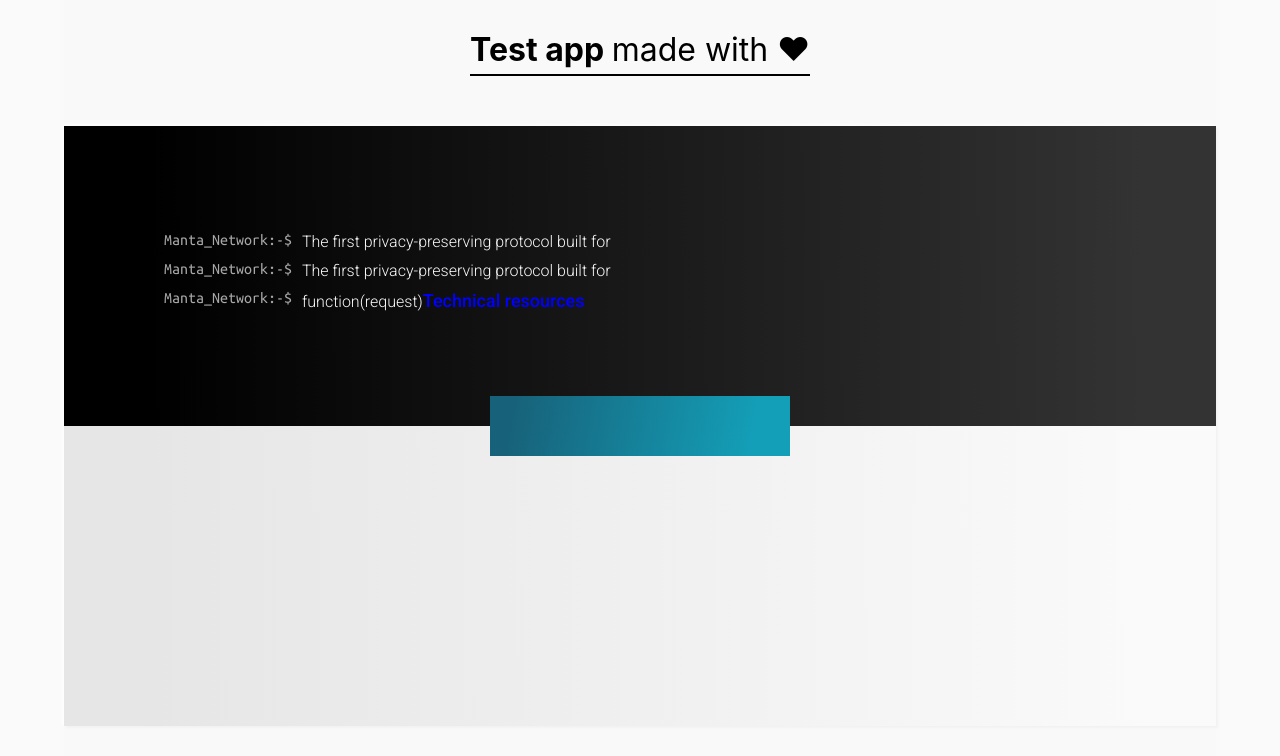
Repository: Khattak01/test-app
Page: /
An editor plug-in stored every save of this project. The page is shown before and after the next save, followed by the edit.
The browser window is 1280 px wide. The pictures show the whole page.
The project was rebuilt for these pictures with package versions that can differ from the ones it lists, and the page was loaded fresh each time.

Above is the page before, as saved 2021-05-12 08:22:42.

After the next save:
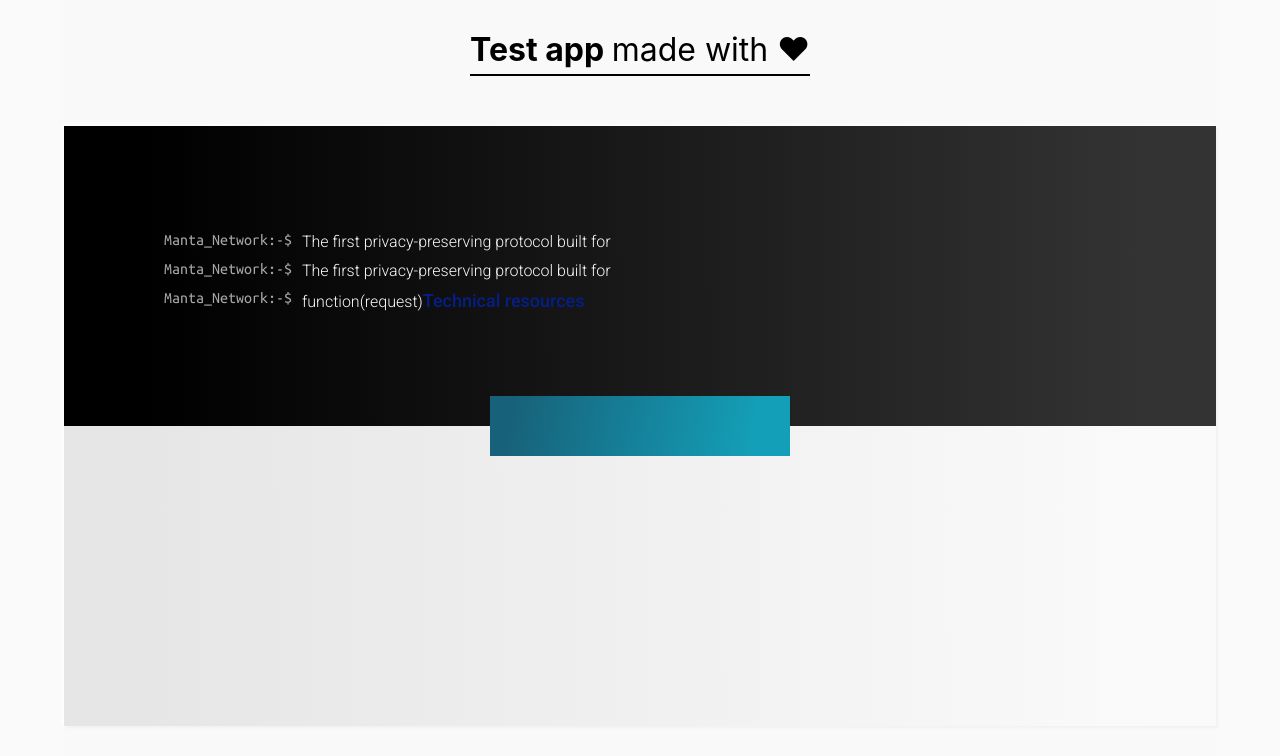
Saved 33 s later.
--- a/src/components/banner/Banner.js
+++ b/src/components/banner/Banner.js
@@ -20,7 +20,7 @@
                 </div>
                 <div className={classes.text_box}>
                     <h4 className="heading">Manta_Network:-$</h4>
-                    <p className='text'>function(request)<span style={{color:'blue',fontSize:'18px',fontWeight:500}}>Technical resources</span></p>
+                    <p className='text'>function(request)<span style={{color:'#051f87',fontSize:'18px',fontWeight:500}}>Technical resources</span></p>
                 </div>
             </div>
             <div className={classes.banner__center}></div>
